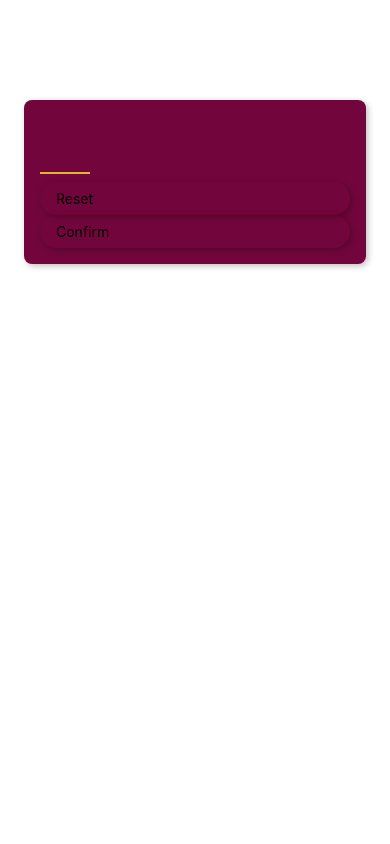
Repository: cobalt88/miniGameApp
Screen: /
These files come from the project's save history. The screen is drawn as it stood at one moment and after the next save; the edit follows.
The app was drawn by React Native's web renderer in a window 390 px wide. The project was rebuilt for these pictures with package versions that can differ from the ones it lists, and the page was loaded fresh each time.

Above is the screen before, as saved 2023-02-02 16:35:46.

After the next save:
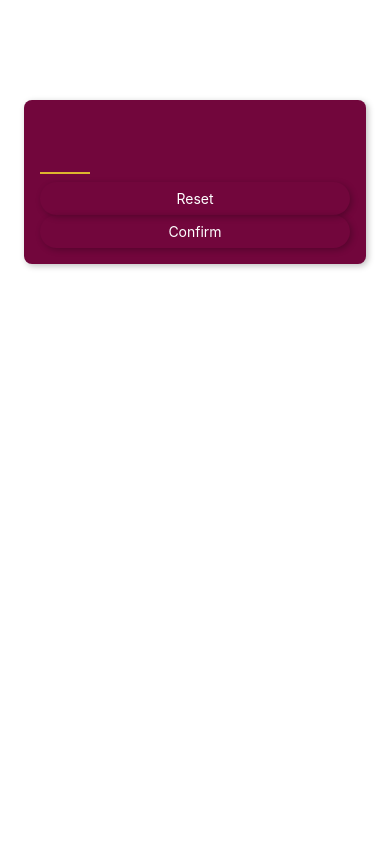
Saved 2 min 9 s later.
--- a/components/PrimaryButton.js
+++ b/components/PrimaryButton.js
@@ -7,7 +7,7 @@ function PrimaryButton({ children }) {
   return (
     <Pressable onPress={pressHandler}>
       <View style={styles.buttonContainer}>
-        <Text>{children}</Text>
+        <Text style={styles.buttonText}>{children}</Text>
       </View>
     </Pressable>
   );
@@ -27,4 +27,8 @@ const styles = StyleSheet.create({
     shadowOpacity: 0.25,
     shadowRadius: 6,
   },
+  buttonText: {
+    color: "white",
+    textAlign: "center",
+  },
 });
